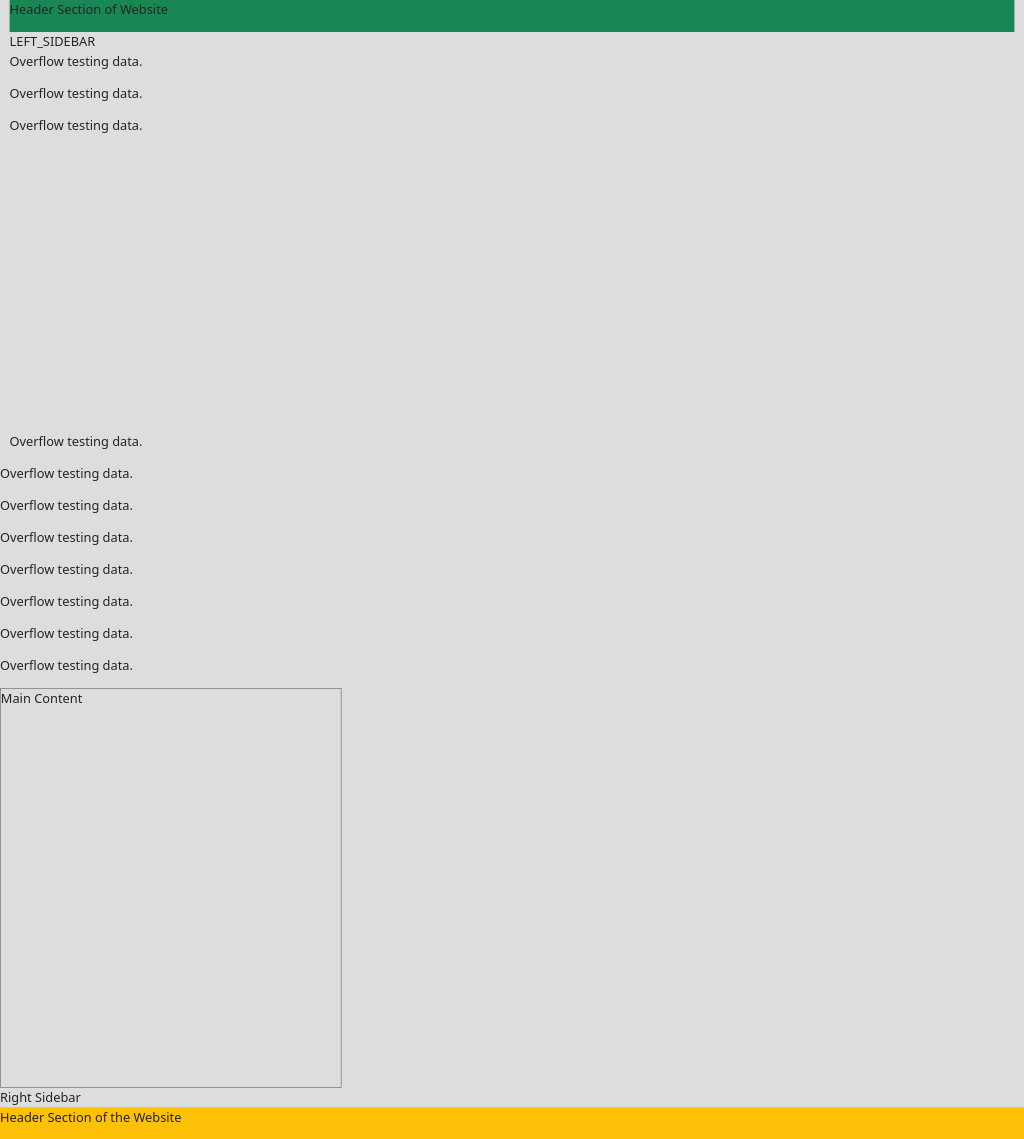
Repository: Dayvid0/BOOTSTRAP-TUTORIALS
Page: BOOTSTRAP-GRID-LAYOUTS/index.html
An editor plug-in stored every save of this project. The page is shown before and after the next save, followed by the edit.
The browser window is 1280 px wide. The pictures show the whole page, at 80% of full size.

Above is the page before, as saved 2025-01-24 10:55:05.

### BOOTSTRAP-GRID-LAYOUTS/index.html
<!doctype html>
<html lang="en">
  <head>
    <!-- Required meta tags -->
    <meta charset="utf-8">
    <meta name="viewport" content="width=device-width, initial-scale=1">
    <!-- Bootstrap CSS -->
    <link href="https://cdn.jsdelivr.net/npm/bootstrap@5.0.2/dist/css/bootstrap.min.css" rel="stylesheet" integrity="sha384-EVSTQN3/azprG1Anm3QDgpJLIm9Nao0Yz1ztcQTwFspd3yD65VohhpuuCOmLASjC" crossorigin="anonymous">
    <link rel="stylesheet" href="./style.css">
    <title>Hello, world!</title>
  </head>
  <body>
  <div class="container-fluid">
    <div class="header bg-success">
      Header Section of Website
    </div>
    <div class="content">
      <div class="row">
        <div class="col-4 sidebar ">
          LEFT_SIDEBAR
          <p>Overflow testing data.</p>
        </div>
        <p>Overflow testing data.</p>
        </div>
        <p>Overflow testing data.</p>
        </div>
        <p>Overflow testing data.</p>
        </div>
        <p>Overflow testing data.</p>
        </div>
        <p>Overflow testing data.</p>
        </div>
        <p>Overflow testing data.</p>
        </div>
        <p>Overflow testing data.</p>
        </div><p>Overflow testing data.</p>
      </div>
      <p>Overflow testing data.</p>
        </div>
        <p>Overflow testing data.</p>
        </div>
        <div class="main-content col-4">
          Main Content
      </div>
      <div class=" col-4 sidebar ">
        Right Sidebar
    </div>
    </div>
  </div>
  <div class="footer bg-warning">
    Header Section of the Website
  </div>
    <script src="https://cdn.jsdelivr.net/npm/bootstrap@5.0.2/dist/js/bootstrap.bundle.min.js" integrity="sha384-MrcW6ZMFYlzcLA8Nl+NtUVF0sA7MsXsP1UyJoMp4YLEuNSfAP+JcXn/tWtIaxVXM" crossorigin="anonymous"></script>
  </body>
</html>

### BOOTSTRAP-GRID-LAYOUTS/style.css
body {
  background-color: #ddd;
}
.header {
  height: 40px;
}
.content {
  min-height: 500px;
}
.footer {
  height: 40px;
}
.sidebar {
  overflow: scroll;
}
.main-content {
  min-height: 500px;
  border: 1px solid grey;
}

After the next save:
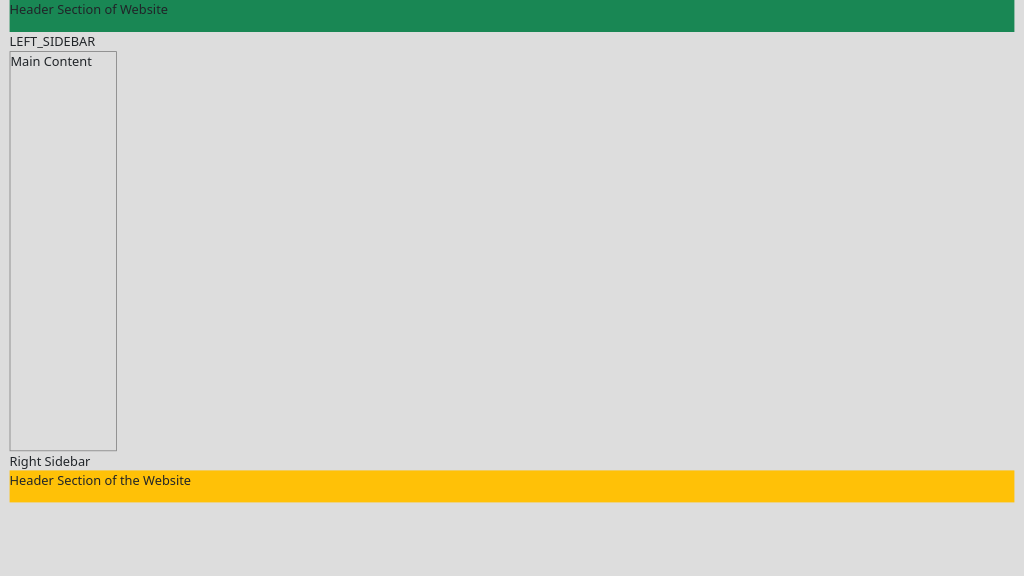
Saved 21 s later.
--- a/BOOTSTRAP-GRID-LAYOUTS/index.html
+++ b/BOOTSTRAP-GRID-LAYOUTS/index.html
@@ -18,27 +18,6 @@
       <div class="row">
         <div class="col-4 sidebar ">
           LEFT_SIDEBAR
-          <p>Overflow testing data.</p>
-        </div>
-        <p>Overflow testing data.</p>
-        </div>
-        <p>Overflow testing data.</p>
-        </div>
-        <p>Overflow testing data.</p>
-        </div>
-        <p>Overflow testing data.</p>
-        </div>
-        <p>Overflow testing data.</p>
-        </div>
-        <p>Overflow testing data.</p>
-        </div>
-        <p>Overflow testing data.</p>
-        </div><p>Overflow testing data.</p>
-      </div>
-      <p>Overflow testing data.</p>
-        </div>
-        <p>Overflow testing data.</p>
-        </div>
         <div class="main-content col-4">
           Main Content
       </div>
